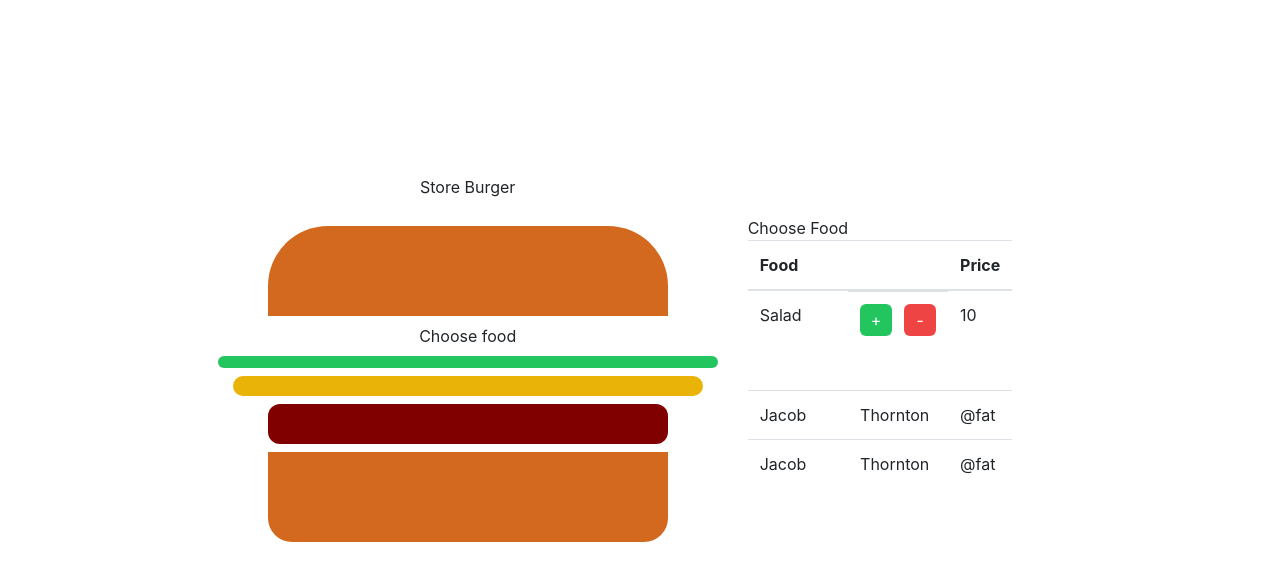
Repository: baobaodeveloper/bootcamp21_HuynhAnhBao_Burger
Page: /
An editor plug-in stored every save of this project. The page is shown before and after the next save, followed by the edit.
The browser window is 1280 px wide. The pictures show the whole page.
The project was rebuilt for these pictures with package versions that can differ from the ones it lists, and the page was loaded fresh each time. Also part of the build but not shown: vite.config.js.

Above is the page before, as saved 2022-05-15 17:20:31.

### index.html
<!DOCTYPE html>
<html lang="en">
  <head>
    <title>Title</title>
    <!-- Required meta tags -->
    <meta charset="utf-8" />
    <meta
      name="viewport"
      content="width=device-width, initial-scale=1, shrink-to-fit=no"
    />

    <!-- Bootstrap CSS -->
    <link
      rel="stylesheet"
      href="https://stackpath.bootstrapcdn.com/bootstrap/4.3.1/css/bootstrap.min.css"
      integrity="sha384-ggOyR0iXCbMQv3Xipma34MD+dH/1fQ784/j6cY/iJTQUOhcWr7x9JvoRxT2MZw1T"
      crossorigin="anonymous"
    />
  </head>
  <body>
    <div id="root"></div>
    <!-- Optional JavaScript -->
    <!-- jQuery first, then Popper.js, then Bootstrap JS -->
    <script
      src="https://code.jquery.com/jquery-3.3.1.slim.min.js"
      integrity="sha384-q8i/X+965DzO0rT7abK41JStQIAqVgRVzpbzo5smXKp4YfRvH+8abtTE1Pi6jizo"
      crossorigin="anonymous"
    ></script>
    <script
      src="https://cdnjs.cloudflare.com/ajax/libs/popper.js/1.14.7/umd/popper.min.js"
      integrity="sha384-UO2eT0CpHqdSJQ6hJty5KVphtPhzWj9WO1clHTMGa3JDZwrnQq4sF86dIHNDz0W1"
      crossorigin="anonymous"
    ></script>
    <script
      src="https://stackpath.bootstrapcdn.com/bootstrap/4.3.1/js/bootstrap.min.js"
      integrity="sha384-JjSmVgyd0p3pXB1rRibZUAYoIIy6OrQ6VrjIEaFf/nJGzIxFDsf4x0xIM+B07jRM"
      crossorigin="anonymous"
    ></script>

    <script type="module" src="/src/main.jsx"></script>
  </body>
</html>

### src/App.jsx
import Burger from "./components/Burger";

function App() {
  return <Burger></Burger>;
}

export default App;

### src/components/Burger.jsx
import React from "react";

export default function Burger() {
  return (
    <div>
      <div className="flex items-center gap-x-20  w-screen h-screen mx-auto justify-center">
        <div className="flex flex-col justify-center items-center gap-y-2 w-[400px]">
          <h2 className="mb-20">Store Burger</h2>
          <div className="bg-[#D2691E] w-full h-[30px] relative">
            <div className="bg-[#D2691E] w-full h-[60px] absolute top-0 left-0 -translate-y-[60px] rounded-tl-full rounded-tr-full"></div>
          </div>
          <p>Choose food</p>
          {/* loop here */}
          <div className="h-3 bg-green-500 w-[500px] rounded-full"></div>
          <div className="h-5 bg-yellow-500 w-[470px] rounded-full"></div>
          <div className="h-10 bg-[#800000] w-[400px] rounded-xl"></div>

          <div className="w-full bg-[#D2691E] h-[90px] rounded-br-3xl rounded-bl-3xl"></div>
        </div>

        <div className="">
          <table class="table">
            <thead>
              <tr>Choose Food</tr>
              <tr>
                <th scope="col">Food</th>
                <th scope="col"></th>
                <th scope="col">Price</th>
              </tr>
            </thead>
            <tbody>
              <tr>
                <td className="h-[100px]">Salad</td>
                <td className="flex items-center gap-x-3">
                  <button className="w-8 h-8 flex items-center justify-center text-white leading-none rounded-md bg-green-500">
                    +
                  </button>
                  <button className="w-8 h-8 flex items-center justify-center text-white leading-none rounded-md bg-red-500">
                    -
                  </button>
                </td>
                <td className="">10</td>
              </tr>
              <tr>
                <td>Jacob</td>
                <td>Thornton</td>
                <td>@fat</td>
              </tr>
              <tr>
                <td>Jacob</td>
                <td>Thornton</td>
                <td>@fat</td>
              </tr>
            </tbody>
          </table>
        </div>
      </div>
    </div>
  );
}

Loaded but not shown: src/main.jsx (common file); src/index.scss (common file); tailwind.config.js (common file)

After the next save:
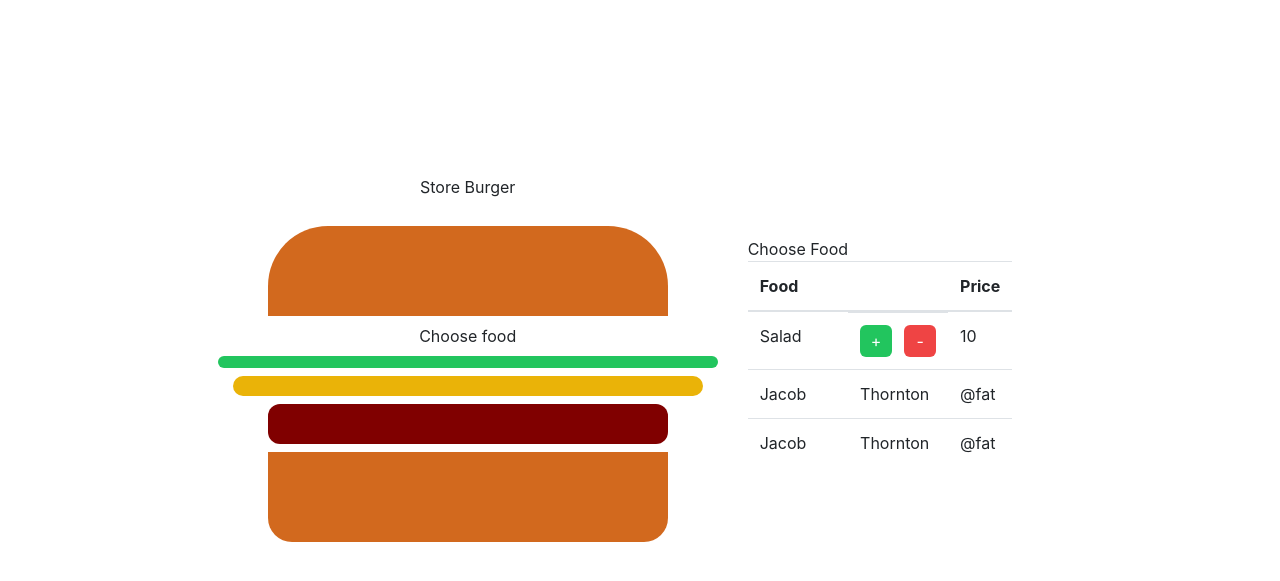
Saved 7 s later.
--- a/src/components/Burger.jsx
+++ b/src/components/Burger.jsx
@@ -30,7 +30,7 @@ export default function Burger() {
             </thead>
             <tbody>
               <tr>
-                <td className="h-[100px]">Salad</td>
+                <td className="h-[40x]">Salad</td>
                 <td className="flex items-center gap-x-3">
                   <button className="w-8 h-8 flex items-center justify-center text-white leading-none rounded-md bg-green-500">
                     +
